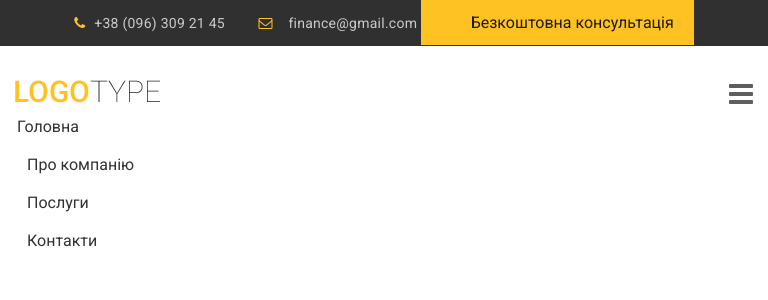
Repository: oliachipko/companysait
Page: index.html
An editor plug-in stored every save of this project. The page is shown before and after the next save, followed by the edit.
The browser window is 768 px wide. The pictures show the whole page.
After loading, the first visible `div.header__btn-menu` was clicked once.

Above is the page before, as saved 2020-11-23 22:39:34.

### index.html
<!DOCTYPE html>
<html lang="en">
  <head>
    <meta charset="UTF-8" />
    <meta name="viewport" content="width=device-width, initial-scale=1.0" />
    <title>Document</title>
    <link rel="preconnect" href="https://fonts.gstatic.com" />
    <link href="https://fonts.googleapis.com/css2?family=PT+Serif:wght@400;700&family=Roboto:wght@400;500;700&display=swap"
      rel="stylesheet"/>
    <link rel="stylesheet" href="css/normalize.css" />
    <link rel="stylesheet" href="css/fonts.css" />
    <link rel="stylesheet" href="css/jquery.fancybox.min.css" />
    <link rel="stylesheet" href="css/slick.css" />
    <link rel="stylesheet" href="css/jquery.formstyler.css">
    <link rel="stylesheet" href="css/style.css" />
    <link rel="stylesheet" href="css/media.css"/>
  </head>
  <body>
    <header class="header">
      <div class="header__top">
        <div class="container">
          <div class="header__contacts">
            <a class="header__phone" href="tel:380963092145">+38 (096) 309 21 45</a>
            <a class="header__email" href="#">finance@gmail.com</a>
            <a data-fancybox data-src="#modal" href="javascript:;" href="#" class="header__btn">
              Безкоштовна консультація
            </a>
          </div>
        </div>
      </div>
      <div class="header__content">
        <div class="container">
          <div class="header__content-inner">
            <div class="header__logo">
              <a href="#">
                <img src="img/logo.png" alt="" />
              </a>
            </div>
            <nav class="menu">
              <div class="header__btn-menu">
                <span class="icon-bars">

                </span>
              </div>
              <ul>
                <li><a href="#">Головна</a></li>
                <li><a href="#">Про компанію</a></li>
                <li><a href="#">Послуги</a></li>
                <li><a href="#">Контакти</a></li>
              </ul>
            </nav>
          </div>
        </div>
      </div>
    </header>
    <!--<section class="slider">
      <div class="container">
        <div class="slider__inner">
          <div class="slider__item">
            <div class="slider__item-content">
              <div class="slider__title">КОМПЛЕКСНЕ ЗАКРИТТЯ ПІДПРИЄМСТВА</div>
              <div class="slider__text">
                Повне зупинення ведення юридичного лиця зі збереженням
                легальності всієї минулої діяльності
              </div>
              <a data-fancybox data-src="#modal" href="javascript:;" class="slider__btn default-btn">
                Залишити заявку
              </a>
            </div>
          </div>

          <div class="slider__item">
            <div class="slider__item-content">
              <div class="slider__title">КОМПЛЕКСНЕ ЗАКРИТТЯ ПІДПРИЄМСТВА</div>
              <div class="slider__text">
                Повне зупинення ведення юридичного лиця зі збереженням
                легальності всієї минулої діяльності
              </div>
              <a data-fancybox data-src="#modal" href="javascript:;" class="slider__btn default-btn">
                Залишити заявку
              </a>
            </div>
          </div>

          <div class="slider__item">
            <div class="slider__item-content">
              <div class="slider__title">КОМПЛЕКСНЕ ЗАКРИТТЯ ПІДПРИЄМСТВА</div>
              <div class="slider__text">
                Повне зупинення ведення юридичного лиця зі збереженням
                легальності всієї минулої діяльності
              </div>
              <a data-fancybox data-src="#modal" href="javascript:;"class="slider__btn default-btn">
                Залишити заявку
              </a>
            </div>
          </div>
        </div>
      </div>
    </section>
    <section class="services">
      <div class="container">
        <div class="services__top">
          <div class="services__title-box">
            <div class="services__title">Наші послуги</div>
            <div class="services__text">
              Комплексний підхід до вашого питання, своєчасна правова допомогаб
              представлення інтересів в усіх судових інстанціях.
            </div>
          </div>
          <div class="services__btn">
          <a href="" class="services__btn"> Показати всі послуги </a>
        </div>
      </div>
      <div class="services__items">
        <div class="services__item">
          <img src="img/about-1.png" alt="">
          <div class="services__item-title">
            Банкротство і ліквідація
          </div>
          <div class="services__item-text">
            Повне зупинення існування юридичного лиця зі збереженням легальності всієї
            минулої діяльності
          </div>
          <div class="services__item-btn">
            <a class="services__item-link" href="#">Детальніше</a>
            <a data-fancybox data-src="#modal" href="javascript:;" class="default-btn">
                Замовити
            </a>
          </div>
        </div>

        <div class="services__item">
          <img src="img/about-2.png" alt="">
          <div class="services__item-title">
            Адвокатський супровід
          </div>
          <div class="services__item-text">
            Ми гарантуємо повне професійне обслуговування клієнтів в заявлених сферах
            діяльності і дотримання конфеденційності.
          </div>
          <div class="services__item-btn">
            <a class="services__item-link" href="#">Детальніше</a>
            <a data-fancybox data-src="#modal" href="javascript:;" class="default-btn">
                Замовити
            </a>
          </div>
        </div>

        <div class="services__item">
          <img src="img/about-3.png" alt="">
          <div class="services__item-title">
            Податковий аудит
          </div>
          <div class="services__item-text">
            Податковий аудит проводять перед проведенням податкових перевірок, при оцінці можливих
            податкових ризиків, при оптимізації оподаткування.
          </div>
          <div class="services__item-btn">
            <a class="services__item-link" href="#">Детальніше</a>
            <a data-fancybox data-src="#modal" href="javascript:;" class="default-btn">
                Замовити
            </a>
          </div>
        </div>
      </div>
    </section>
    <section class="about">
      <div class="container">
        <div class="about__inner">
        <div class="about__title">
          Про компанію
        </div>
        <div class="about__text">
          Компанія спеціалізується на наданні послуг в сфері корпоративного права, податкового
          консалтингу, прдеставлення в судах, ліквідації і банкротства підприємств. На
          сьогоднішний день, колектив компанії обєднує
          високо професійних експертів, що мають
          спеціалізації в окермих областях права.

        </div>
        <a  href="#" class="about__btn default-btn">
          Дізнатись більше
      </a>

      </div>
    </div>
    </section>
    <section class="form">
     <div class="container">
       <div class="form__inner">
         <div class="form__content">
          <div class="form__title-box">
            <div class="form__title">
              Отримати консультацію
            </div>
            <div class="form__text">
              Комплексний підхід до вашого питання, своєчасна правова допомогаб
              представлення інтересів в усіх судових інстанціях.
            </div>
          </div>
          <div class="form__box">
            <form>
              <div class="form__box-inner">
                <div class="form__box-left">
                  <label>
                  E-mail
                    <input type="text">
                  </label>
                  <label>
                  Контактний телефон
                    <input type="text">
                  </label>
                  <label>
                  ПІБ
                    <input type="text">
                  </label>
                  <label>
                    Тема питання
                    <select>
                      <option>-----------</option>
                      <option>-----------</option>
                      <option>-----------</option>
                      <option>-----------</option>
                    </select>
                  </label>

                </div>
                <div class="form__box-right">
                  <label>
                    Повідомлення
                    <textarea></textarea>
                  </label>
                  <button class="default-btn" type="submit">Отримати консультацію</button>
                </div>
              </div>
            </form>
          </div>

         </div>
       </div>
     </div>
    </section>
    <section class="advantages">
      <div class="container">
        <div class="advantages__inner">
          <div class="advantages-item">
            <div class="advantages__title">
              Десятки добровільних ліквідацій щомісячно

            </div>
            <div class="advantages__text">
              Ми вміємо мінімізувати всі ризики в процечі
              добровільної ліквідації юридичних осіб.
            </div>
          </div>
          <div class="advantages-item">
             <div class="advantages__title">
            Відмінне знання законів в сфері банкрутства
            </div>
          <div class="advantages__text">
            Позволяють нам ефективно відстоювати як інтереси кредиторів,
            так і інтереси власників проблемної організації.
          </div>
        </div>
        <div class="advantages-item">
          <div class="advantages__title">
          Великий досвід супровіду банкрутства
        </div>
        <div class="advantages__text">
          Ми володіємо великим досвідом супроводу процедур
          банкрутства підприємств.
        </div>
      </div>
    </div>
    </div>
    </section>
    <section class="news">
      <div class="container">
        <div class="news__top">
          <div class="news__title-box">
            <div class="news__title">Новини компанії</div>
            <div class="news__text">
              Комплексний підхід до вашого питання, своєчасна правова допомога
              представлення інтересів в усіх судових інстанціях.
            </div>
          </div>
          <div class="news__btn">
          <a href="" class="news__btn"> Відкрити всі новини</a>
        </div>
      </div>
      <div class="news__inner">
        <div class="news__slider">
          <div class="news__slider-inner">
            <div class="news__slider-item">
              <div class="news__slider-title">
                Банкрутство і ліквідація підприємств в Україні
                </div>
                <div class="news__slider-text">
                  "На сьогоднішній день, колектив компанії об'єднує високопрофесійних
                  експертів, що мають спеціалізації в окремих областях права. На сьогоднішній день, колектив компанії об'єднує високопрофесійних
                  експертів, що мають спеціалізації в окремих областях права. На сьогоднішній день, колектив компанії об'єднує високопрофесійних
                  експертів, що мають спеціалізації в окремих областях права..."
                </div>
                <div class="news__slider-author">
                  Василь Мирошнів, генеральний директор компанії Lowforu
                </div>
              </div>

              <div class="news__slider-item">
                <div class="news__slider-title">
                  Банкрутство і ліквідація підприємств в Україні
                  </div>
                  <div class="news__slider-text">
                    "На сьогоднішній день, колектив компанії об'єднує високопрофесійних
                    експертів, що мають спеціалізації в окремих областях права. На сьогоднішній день, колектив компанії об'єднує високопрофесійних
                    експертів, що мають спеціалізації в окремих областях права. На сьогоднішній день, колектив компанії об'єднує високопрофесійних
                    експертів, що мають спеціалізації в окремих областях права..."
                  </div>
                  <div class="news__slider-author">
                    Василь Мирошнів, генеральний директор компанії Lowforu
                  </div>
                </div>
                <div class="news__slider-item">
                  <div class="news__slider-title">
                    Банкрутство і ліквідація підприємств в Україні
                    </div>
                    <div class="news__slider-text">
                      "На сьогоднішній день, колектив компанії об'єднує високопрофесійних
                      експертів, що мають спеціалізації в окремих областях права. На сьогоднішній день, колектив компанії об'єднує високопрофесійних
                      експертів, що мають спеціалізації в окремих областях права. На сьогоднішній день, колектив компанії об'єднує високопрофесійних
                      експертів, що мають спеціалізації в окремих областях права..."
                    </div>
                    <div class="news__slider-author">
                      Василь Мирошнів, генеральний директор компанії Lowforu
                    </div>
                  </div>
            </div>
        </div>

          <a href="#" class="news__blog">
            <div class="news__images">
              <img src="img/news-1.jpg" alt="">
              <div class="news__date">03.04</div>
            </div>
            <div class="news__blog-title">
              Новини компанії
            </div>
            <div class="news__blog-text">
              На сьогоднішній день, колектив компанії об'єднує високо професійних
              експертів, що мають спеціалізації в окремих областях права.
            </div>
          </a>

         <a href="#" class="news__blog">
            <div class="news__images">
              <img src="img/news-2.jpg" alt="">
              <div class="news__date">03.04</div>
            </div>
            <div class="news__blog-title">
              Новини компанії
            </div>
            <div class="news__blog-text">
              На сьогоднішній день, колектив компанії об'єднує високо професійних
              експертів, що мають спеціалізації в окремих областях права.
            </div>
          </a>
      </div>
      </div>
    </section>
    <footer class="footer">
      <div class="footer__content">
        <div class="container">
          <div class="footer__inner">
          <div class="footer__info">
            <div class="footer__title">
              Комплексне закриття підприємства
            </div>
            <div class="footer__text">
              Повне припинення існування юридичного лиця зі збереженням
              легальності всієї минулої діяльності.
            </div>
            <a data-fancybox data-src="#modal" href="javascript:;" href="#" class="header__btn">
              Безкоштовна консультація
            </a>
            <ul class="footer__list">
              <li><a class="footer" href="tel:+380954826242">+38 (095) 482 62 42</a></li>
              <li><a href="#">finance@gmail.com</a></li>
              <li><a class="footer__adress" href="#">Ivano-Frankivsk, Franka st., 28 </a></li>
            </ul>
          </div>
          <div class="footer__map">
           <iframe src="https://www.google.com/maps/embed?pb=!1m18!1m12!1m3!1d2621.6529053206646!2d24.714296279972665!3d48.922004879395104!2m3!1f0!2f0!3f0!3m2!1i1024!2i768!4f13.1!3m3!1m2!1s0x4730c16c406ceca7%3A0xd9af989ffe2d1b95!2z0YPQuy4g0JjQstCw0L3QsCDQpNGA0LDQvdC60L4sIDI4LCDQmNCy0LDQvdC-LdCk0YDQsNC90LrQvtCy0YHQuiwg0JjQstCw0L3Qvi3QpNGA0LDQvdC60L7QstGB0LrQsNGPINC-0LHQu9Cw0YHRgtGMLCA3NjAwMA!5e0!3m2!1sru!2sua!4v1606085984050!5m2!1sru!2sua"
            width="630px" height="250px" frameborder="0" style="border:0;" allowfullscreen="" aria-hidden="false" tabindex="0">
          </iframe>

          </div>
          </div>
        </div>
      </div>
      <div class="footer__copy">
        <div class="container">
          <div class="copy__text">
            © 2017 Template by Anastasia Shaposhyk. Всі права захищено.
          </div>
        </div>
      </div>
    </footer>
  -->


    <div id="modal">
     <form>
       <input type="text" placeholder="Ваше ім'я">
       <input type="text" placeholder="Ваше телефон">
       <input type="submit" value="Відправити">
     </form>
    </div>

    <script src="https://ajax.googleapis.com/ajax/libs/jquery/3.5.1/jquery.min.js"></script>
    <script src="js/jquery.fancybox.min.js"></script>
    <script src="js/slick.min.js"></script>
    <script src="js/jquery.formstyler.min.js"></script>
    <script src="js/main.js"></script>
  </body>
</html>

### css/fonts.css
@font-face {
  font-family: 'icomoon';
  src:  url('../fonts/icomoon.eot?nqt5zc');
  src:  url('../fonts/icomoon.eot?nqt5zc#iefix') format('embedded-opentype'),
    url('../fonts/icomoon.ttf?nqt5zc') format('truetype'),
    url('../fonts/icomoon.woff?nqt5zc') format('woff'),
    url('../fonts/icomoon.svg?nqt5zc#icomoon') format('svg');
  font-weight: normal;
  font-style: normal;
  font-display: block;
}

[class^="icon-"], [class*=" icon-"] {
  /* use !important to prevent issues with browser extensions that change fonts */
  font-family: 'icomoon' !important;
  font-style: normal;
  font-weight: normal;
  font-variant: normal;
  text-transform: none;
  line-height: 1;

  /* Better Font Rendering =========== */
  -webkit-font-smoothing: antialiased;
  -moz-osx-font-smoothing: grayscale;
}

.icon-envelope-o:before {
  content: "\f003";
}
.icon-check:before {
  content: "\f00c";
}
.icon-map-marker:before {
  content: "\f041";
}
.icon-phone:before {
  content: "\f095";
}
.icon-briefcase:before {
  content: "\f0b1";
}
.icon-bars:before {
  content: "\f0c9";
}
.icon-navicon:before {
  content: "\f0c9";
}
.icon-reorder:before {
  content: "\f0c9";
}
.icon-angle-left:before {
  content: "\f104";
}
.icon-angle-right:before {
  content: "\f105";
}
.icon-quote-left:before {
  content: "\f10d";
}
.icon-quote-right:before {
  content: "\f10e";
}
.icon-ellipsis-v:before {
  content: "\f142";
}

### css/media.css
@media (max-width: 968px){
    .header__btn{
        float: none;

    }
    .header__contacts{
        text-align: center;
    }
    .header__btn:before{
        display: none;
    }
    .menu ul{
        display: none;
        position: absolute;
        left: 0;
        right: 0;
    }
    .menu li{
        display: block;
    }
    .menu a{
        display: block;
    }
}
@media (max-width: 400px){
    .header__btn:before{
        display: block;
    }
}
@media (max-width: 375px){
    .header__email{
        padding-right: 30px;
    }
}
.header__btn:before{
    display: none;
}
.header__btn-menu{
    display: block;
}

Loaded but not shown: css/normalize.css (library); css/jquery.fancybox.min.css (library); css/slick.css (common file); css/jquery.formstyler.css (common file); js/jquery.fancybox.min.js (library); js/slick.min.js (library); js/jquery.formstyler.min.js (library); js/main.js (15 lines, source omitted); css/style.css (692 lines, source omitted)

After the next save:
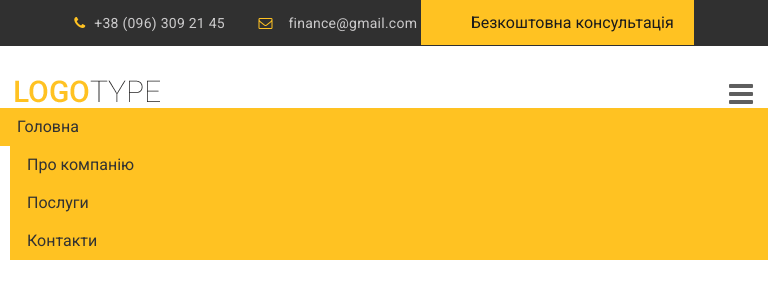
Saved 58 s later.
--- a/css/media.css
+++ b/css/media.css
@@ -20,6 +20,7 @@
     }
     .menu a{
         display: block;
+        background-color: #ffc222;
     }
 }
 @media (max-width: 400px){
